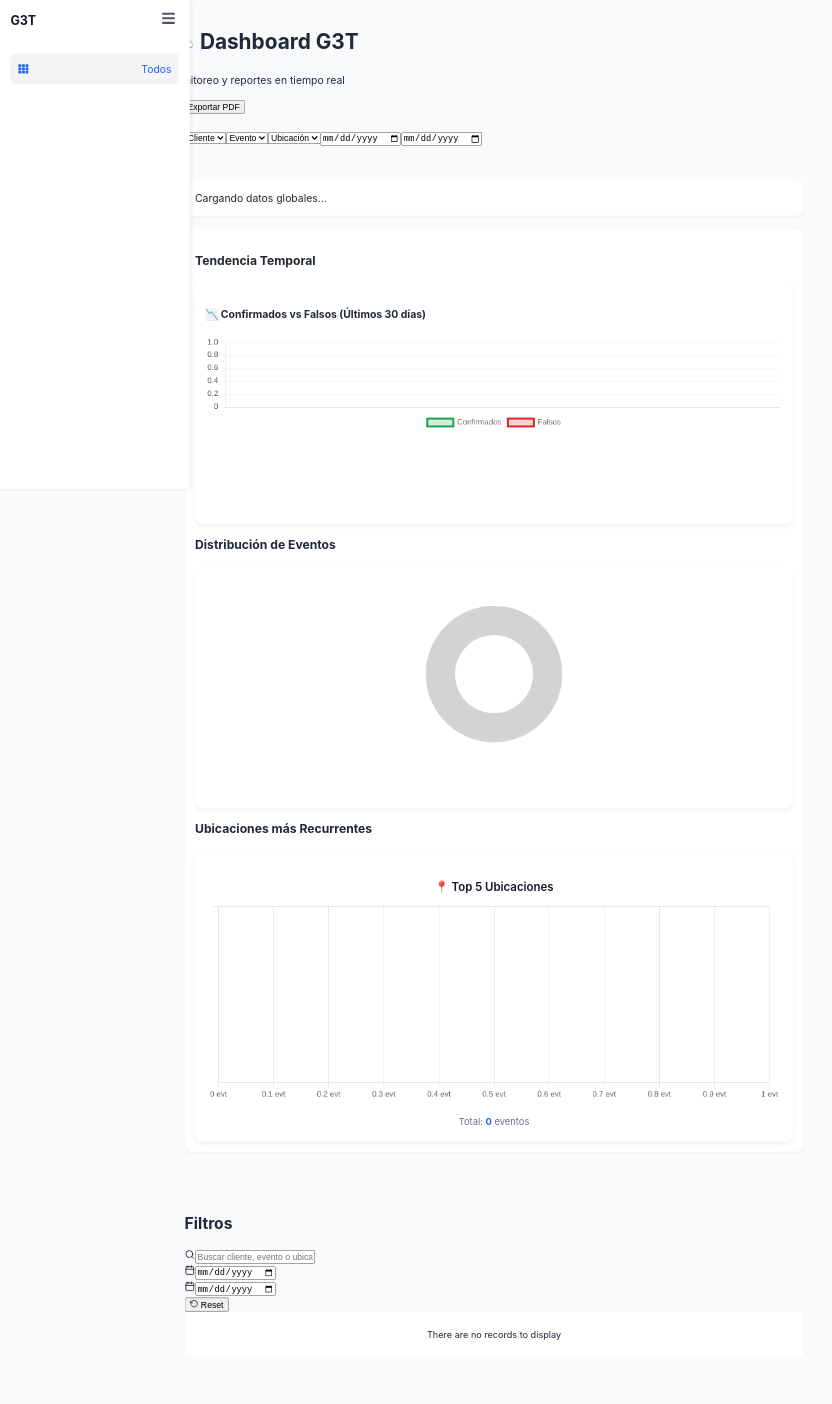
Repository: BBrian11/reportes
Page: /
An editor plug-in stored every save of this project. The page is shown before and after the next save, followed by the edit.
The browser window is 1280 px wide. The pictures show the whole page, at 65% of full size.
The page's requests for data from a server got no answer. The project was rebuilt for these pictures with package versions that can differ from the ones it lists, and the page was loaded fresh each time. Some packages were replaced by stand-ins written for this rebuild. No one was signed in, and anything a server would have sent is missing. Also part of the build but not shown: vite.config.js, src/components/Dashboard/BarChart.jsx, src/styles/tgsstats.css, src/components/Dashboard/TgsStats.jsx, src/styles/edificiostats.css, src/components/Dashboard/EdificioStats.jsx, src/styles/vtvstats.css, src/components/Dashboard/VtvStats.jsx and 6 more.

Above is the page before, as saved 2025-08-01 12:42:27.

After the next save:
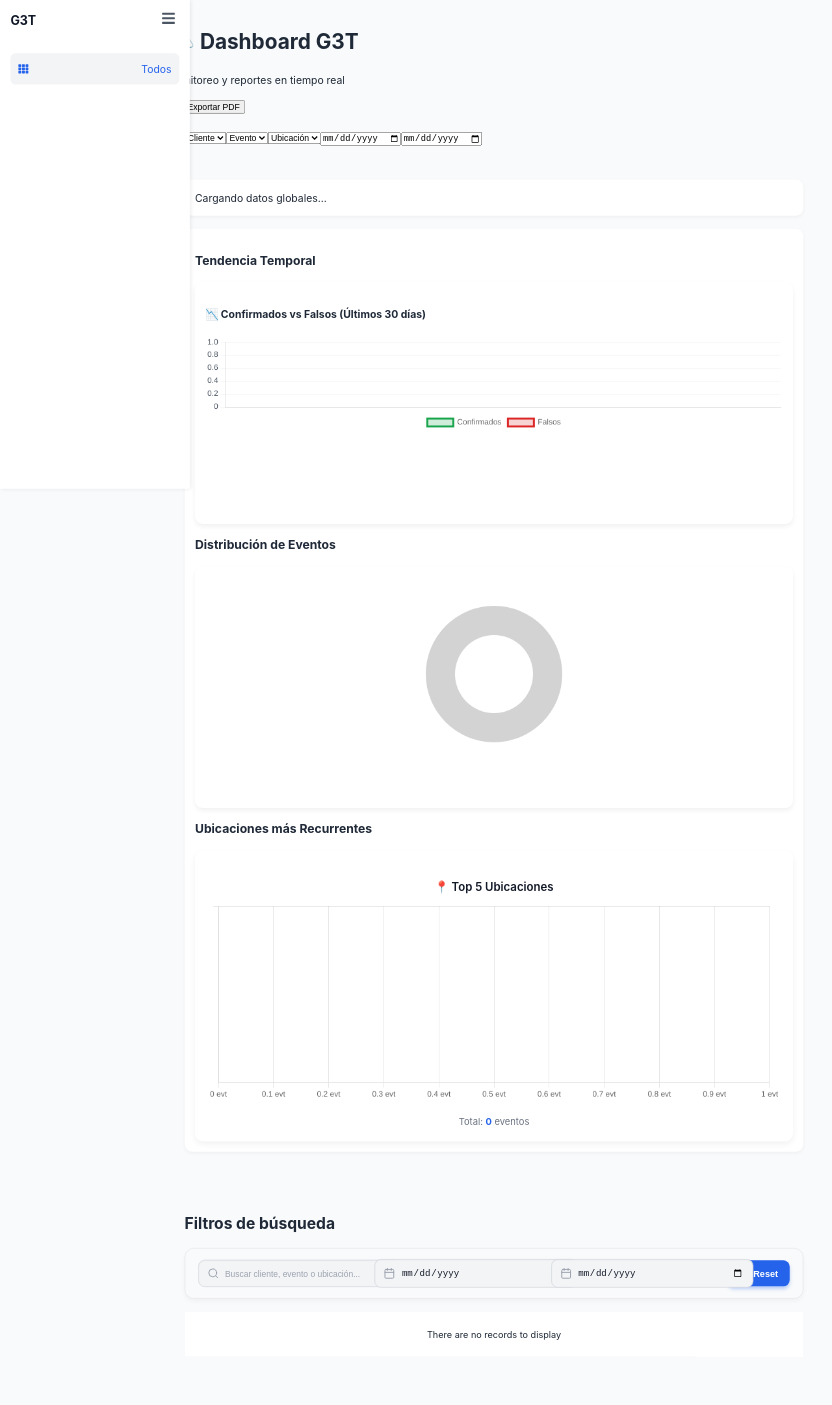
Saved 37 s later.
--- a/src/components/Dashboard/EventsTable.jsx
+++ b/src/components/Dashboard/EventsTable.jsx
@@ -111,60 +111,51 @@ export default function EventsTable({ eventos }) {
   };
 
   return (
-    <div className="bg-white shadow-xl rounded-2xl p-6 border border-gray-200">
-    <h2 className="text-xl font-bold text-gray-800 mb-5">Filtros</h2>
+    <div className="bg-white shadow-lg rounded-2xl p-5 mb-6 border border-gray-200">
+    <h2 className="text-lg font-semibold text-gray-700 mb-4">Filtros de búsqueda</h2>
 
-    <div className="grid grid-cols-1 md:grid-cols-4 gap-4">
+    <div className="grid grid-cols-1 md:grid-cols-4 gap-4 items-center">
       {/* 🔍 Buscador */}
-      <div className="relative">
-        <FiSearch className="absolute left-3 top-1/2 transform -translate-y-1/2 text-gray-400 text-lg" />
-        <input
-          type="text"
-          placeholder="Buscar cliente, evento o ubicación..."
-          value={filterText}
-          onChange={(e) => setFilterText(e.target.value)}
-          className="w-full pl-10 pr-4 py-3 text-sm rounded-lg bg-gray-50 border border-gray-300 placeholder-gray-400 focus:ring-2 focus:ring-indigo-500 focus:border-indigo-500 focus:bg-white transition-all shadow-sm"
-        />
-      </div>
+      <div className="filters-container">
+  <div className="icon-wrapper">
+    <FiSearch />
+    <input
+      type="text"
+      placeholder="Buscar cliente, evento o ubicación..."
+      value={filterText}
+      onChange={(e) => setFilterText(e.target.value)}
+    />
+  </div>
 
-      {/* 📅 Fecha inicio */}
-      <div className="relative">
-        <FiCalendar className="absolute left-3 top-1/2 transform -translate-y-1/2 text-gray-400 text-lg" />
-        <input
-          type="date"
-          value={fechaInicio}
-          onChange={(e) => setFechaInicio(e.target.value)}
-          className="w-full pl-10 pr-4 py-3 text-sm rounded-lg bg-gray-50 border border-gray-300 focus:ring-2 focus:ring-indigo-500 focus:border-indigo-500 focus:bg-white transition-all shadow-sm"
-        />
-      </div>
+  <div className="icon-wrapper">
+    <FiCalendar />
+    <input
+      type="date"
+      value={fechaInicio}
+      onChange={(e) => setFechaInicio(e.target.value)}
+    />
+  </div>
 
-      {/* 📅 Fecha fin */}
-      <div className="relative">
-        <FiCalendar className="absolute left-3 top-1/2 transform -translate-y-1/2 text-gray-400 text-lg" />
-        <input
-          type="date"
-          value={fechaFin}
-          onChange={(e) => setFechaFin(e.target.value)}
-          className="w-full pl-10 pr-4 py-3 text-sm rounded-lg bg-gray-50 border border-gray-300 focus:ring-2 focus:ring-indigo-500 focus:border-indigo-500 focus:bg-white transition-all shadow-sm"
-        />
-      </div>
+  <div className="icon-wrapper">
+    <FiCalendar />
+    <input
+      type="date"
+      value={fechaFin}
+      onChange={(e) => setFechaFin(e.target.value)}
+    />
+  </div>
 
-      {/* 🔄 Botón Reset */}
-      <button
-        onClick={() => {
-          setFilterText("");
-          setFechaInicio("");
-          setFechaFin("");
-        }}
-        className="flex items-center justify-center gap-2 bg-indigo-600 text-white px-5 py-3 rounded-lg font-semibold shadow-md hover:bg-indigo-700 hover:shadow-lg active:scale-95 transition-all"
-      >
-        <FiRotateCcw className="text-lg" /> Reset
-      </button>
-    </div>
-
-
-
-
+  <button
+    onClick={() => {
+      setFilterText("");
+      setFechaInicio("");
+      setFechaFin("");
+    }}
+  >
+    <FiRotateCcw /> Reset
+  </button>
+</div>
+</div>
 
       {/* ✅ Tabla */}
       <DataTable
